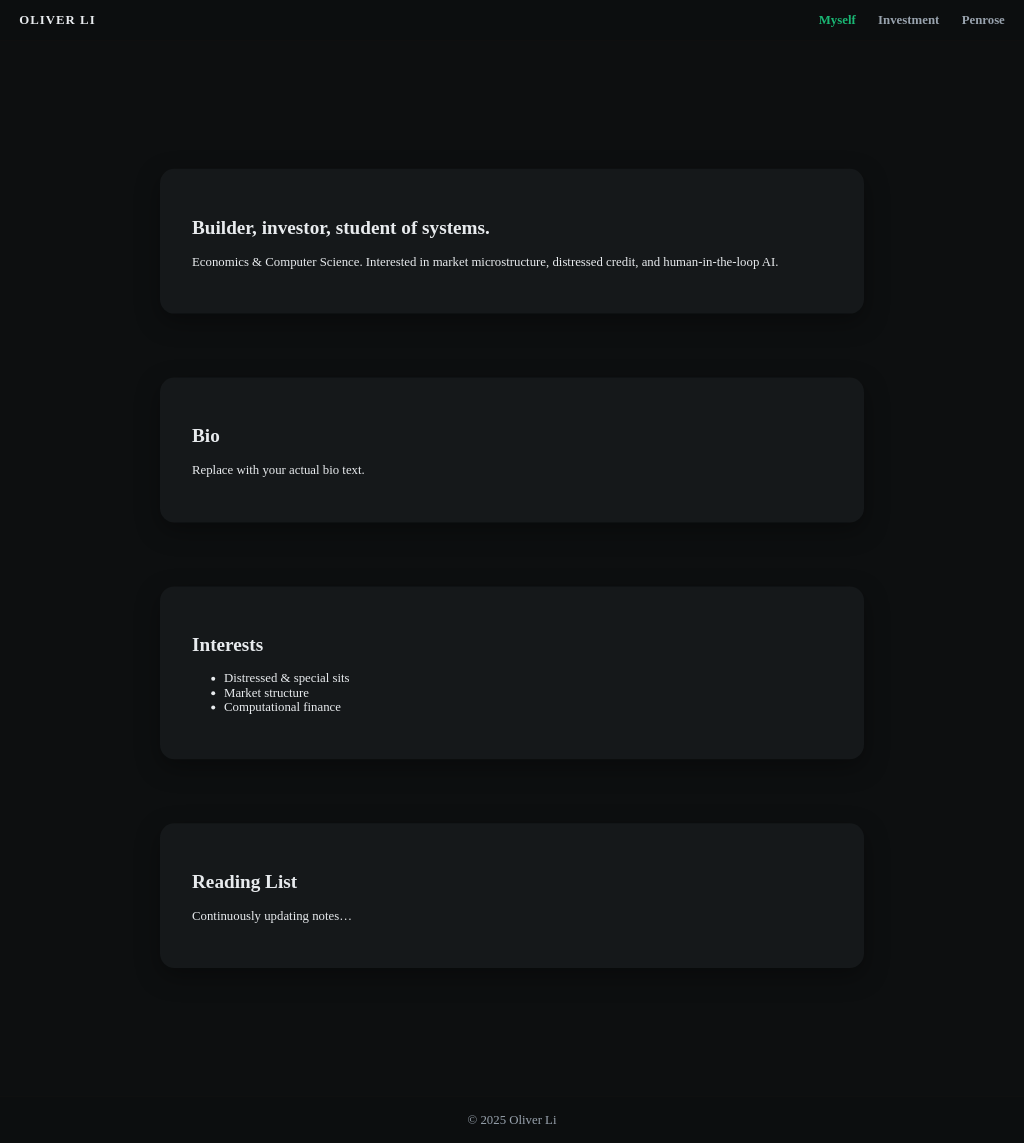
Repository: oliverli1728/portfolio
Page: index.html
These files come from the project's save history. The page is drawn as it stood at one moment and after the next save; the edit follows.
The browser window is 1280 px wide. The pictures show the whole page, at 80% of full size.
Some web fonts or font styles are not loaded; a fallback is used.

Above is the page before, as saved 2025-09-25 22:35:41.
Console error: TypeError: Cannot read properties of null (reading 'style')

### index.html
<!DOCTYPE html>
<html lang="en">
<head>
  <meta charset="utf-8" />
  <meta name="viewport" content="width=device-width, initial-scale=1" />
  <title>Oliver Li</title>
  <link rel="stylesheet" href="style.css" />
  <link rel="stylesheet" href="mediaqueries.css" />
  <link rel="preconnect" href="https://fonts.googleapis.com">
  <link rel="preconnect" href="https://fonts.gstatic.com" crossorigin>
  <link href="https://fonts.googleapis.com/css2?family=Lusitana:wght@400;700&display=swap" rel="stylesheet">
</head>
<body>
  <header class="site-header">
    <a class="brand" href="#myself">OLIVER&nbsp;LI</a>
    <nav class="nav">
      <a href="#myself" class="tab-link active">Myself</a>
      <a href="#investment" class="tab-link">Investment</a>
      <a href="#penrose" class="tab-link">Penrose</a>
    </nav>
  </header>

  <!-- Particle canvas -->
  <canvas id="particleCanvas"></canvas>

  <main>
    <!-- Myself page -->
    <section id="myself" class="tab-content active">
      <div class="panel" data-fade>
        <h1>Builder, investor, student of systems.</h1>
        <p>Economics & Computer Science. Interested in market microstructure, distressed credit, and human-in-the-loop AI.</p>
      </div>
      <div class="panel" data-fade>
        <h2>Bio</h2>
        <p>Replace with your actual bio text.</p>
      </div>
      <div class="panel" data-fade>
        <h2>Interests</h2>
        <ul>
          <li>Distressed & special sits</li>
          <li>Market structure</li>
          <li>Computational finance</li>
        </ul>
      </div>
      <div class="panel" data-fade>
        <h2>Reading List</h2>
        <p>Continuously updating notes…</p>
      </div>
    </section>

    <!-- Investment page -->
    <section id="investment" class="tab-content">
      <h2>Investment Notes</h2>
      <p>Content here (cards, theses, etc.).</p>
    </section>

    <!-- Penrose page -->
    <section id="penrose" class="tab-content">
      <div class="penrose-container">
        <img src="assets/penrose-logo.png" alt="Penrose logo" class="penrose-animated" />
        <p>Paradox, perspective, conviction.</p>
      </div>
    </section>
  </main>

  <footer class="site-footer">
    <span>© <span id="year"></span> Oliver Li</span>
  </footer>

  <script src="script.js"></script>
</body>
</html>

### style.css
:root{
  --bg:#0d0f10;
  --elev:#15181a;
  --muted:#98a2ad;
  --text:#e8ebee;
  --accent:#1ab774;
  --accent-2:#0f8054;
  --radius:18px;
  --shadow:0 10px 30px rgba(0,0,0,.35);
}

body{
  margin:0;
  font-family:"Lusitana", serif;
  background:var(--bg);
  color:var(--text);
  scroll-behavior:smooth;
}

.site-header{
  position:sticky; top:0; display:flex; justify-content:space-between; align-items:center;
  padding:16px 24px; backdrop-filter:blur(6px);
  background:rgba(13,15,16,0.85);
  border-bottom:1px solid #111;
  z-index:10;
}
.brand{ color:var(--text); font-weight:700; text-decoration:none; letter-spacing:.08em; }
.nav{ display:flex; gap:28px; }
.tab-link{ color:var(--muted); text-decoration:none; font-weight:600; }
.tab-link.active{ color:var(--accent); }

.tab-content{ display:none; min-height:100vh; padding:80px 20px; }
.tab-content.active{ display:block; }

/* Panels */
.panel{ margin:80px auto; max-width:800px; background:var(--elev); padding:40px; border-radius:var(--radius); box-shadow:var(--shadow); }
[data-fade]{ opacity:0; transform:translateY(24px); transition: opacity .8s ease, transform .8s ease; }
[data-fade].in-view{ opacity:1; transform:none; }

/* Penrose animation */
.penrose-container{ display:flex; flex-direction:column; align-items:center; justify-content:center; height:100vh; }
.penrose-animated{ width:320px; animation: float 5s ease-in-out infinite, rotate 40s linear infinite; }
@keyframes float{ 0%,100%{ transform:translateY(0); } 50%{ transform:translateY(-20px); } }
@keyframes rotate{ 0%{ transform:rotate(0deg); } 100%{ transform:rotate(360deg); } }

/* Canvas for particle */
#particleCanvas{ position:fixed; top:0; left:0; width:100%; height:100%; z-index:0; pointer-events:none; }

/* Footer */
.site-footer{ text-align:center; padding:20px; border-top:1px solid #111; background:#0c0e0f; color:var(--muted); z-index:5; position:relative; }

### mediaqueries.css
@media (max-width: 900px){
  .panel{ margin:40px 12px; padding:24px; }
}

@media (max-width: 600px){
  .nav{ gap:16px; }
  .penrose-animated{ width:220px; }
}

### script.js
// Tab switching with deep-link support
const tabs = document.querySelectorAll('.tab-link');
const contents = document.querySelectorAll('.tab-content');

function activateTab(id){
  tabs.forEach(t => t.classList.remove('active'));
  contents.forEach(c => c.classList.remove('active'));
  const targetTab = document.querySelector(`.tab-link[href='${id}']`);
  const targetContent = document.querySelector(id);
  if(targetTab && targetContent){
    targetTab.classList.add('active');
    targetContent.classList.add('active');
    window.scrollTo({ top:0, behavior:'smooth' });
  }
}

function initTabs(){
  tabs.forEach(tab => {
    tab.addEventListener('click', e => {
      e.preventDefault();
      const id = tab.getAttribute('href');
      activateTab(id);
      history.pushState(null, '', id);
    });
  });
}

window.addEventListener('DOMContentLoaded', () => {
  const hash = window.location.hash || '#myself';
  activateTab(hash);
  initTabs();
  document.getElementById('year').textContent = new Date().getFullYear();
});

window.addEventListener('popstate', () => {
  const hash = window.location.hash || '#myself';
  activateTab(hash);
});

// Particle curved motion
const particle = document.getElementById('particle');
window.addEventListener('scroll', () => {
  const scrollTop = window.scrollY;
  const docHeight = document.documentElement.scrollHeight - window.innerHeight;
  const pct = docHeight > 0 ? scrollTop / docHeight : 0;
  const trackHeight = window.innerHeight - 160;
  const y = 80 + pct * trackHeight;
  const xOffset = Math.sin(pct * Math.PI * 2) * 40; // sinusoidal curve
  particle.style.transform = `translate(calc(-50% + ${xOffset}px), ${y}px)`;
});

// Fade-in on scroll
const faders = document.querySelectorAll('[data-fade]');
const io = new IntersectionObserver(entries => {
  entries.forEach(entry => {
    if(entry.isIntersecting) entry.target.classList.add('in-view');
  });
},{ threshold:0.2 });
faders.forEach(el => io.observe(el));

After the next save:
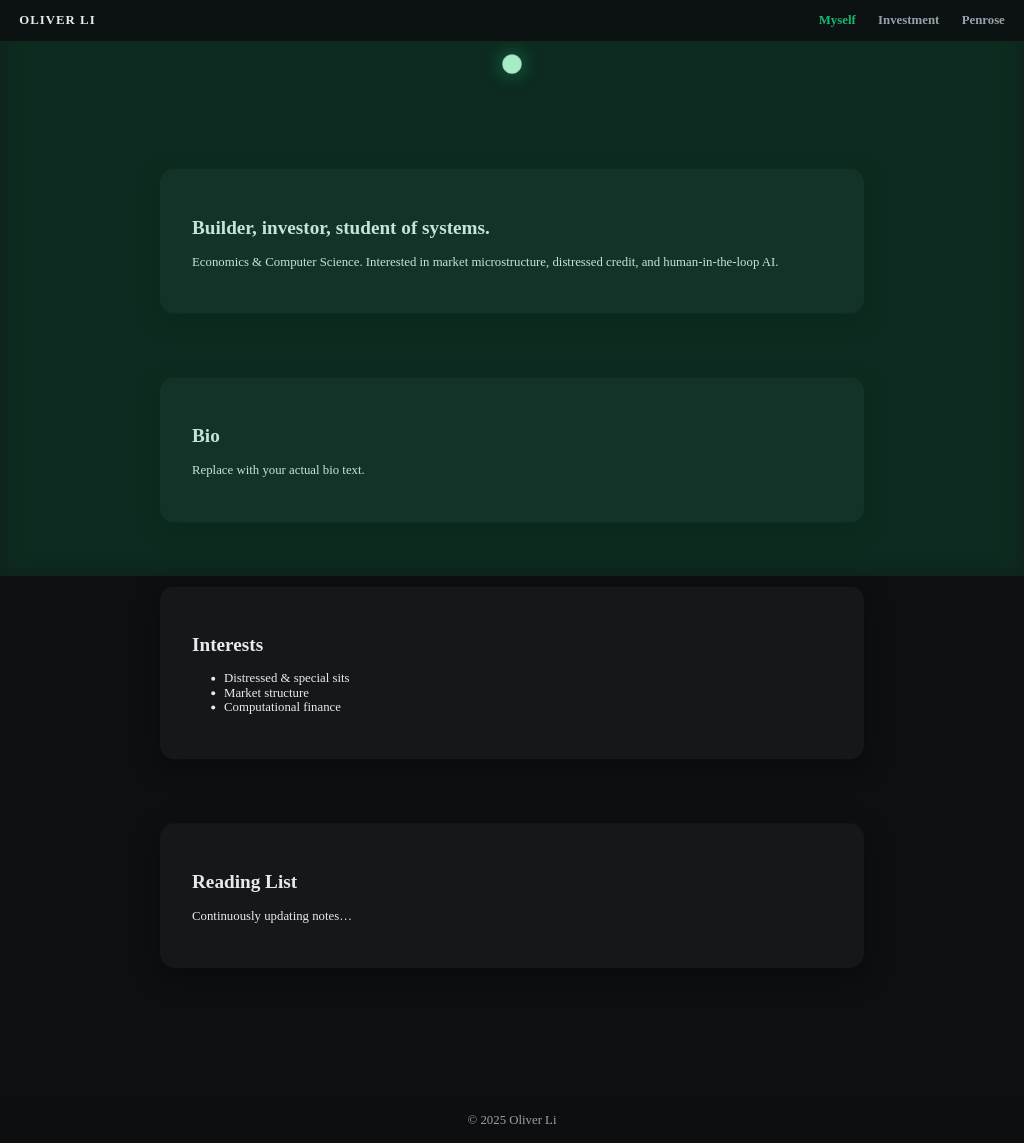
The error is gone.
Saved 15 s later.
--- a/script.js
+++ b/script.js
@@ -37,17 +37,44 @@ window.addEventListener('popstate', () => {
   activateTab(hash);
 });
 
-// Particle curved motion
-const particle = document.getElementById('particle');
-window.addEventListener('scroll', () => {
+// Particle system with trail
+const canvas = document.getElementById('particleCanvas');
+const ctx = canvas.getContext('2d');
+let width, height;
+
+function resize(){
+  width = canvas.width = window.innerWidth;
+  height = canvas.height = window.innerHeight;
+}
+window.addEventListener('resize', resize);
+resize();
+
+function drawParticle(){
+  ctx.clearRect(0,0,width,height);
   const scrollTop = window.scrollY;
   const docHeight = document.documentElement.scrollHeight - window.innerHeight;
   const pct = docHeight > 0 ? scrollTop / docHeight : 0;
-  const trackHeight = window.innerHeight - 160;
+  const trackHeight = height - 160;
   const y = 80 + pct * trackHeight;
-  const xOffset = Math.sin(pct * Math.PI * 2) * 40; // sinusoidal curve
-  particle.style.transform = `translate(calc(-50% + ${xOffset}px), ${y}px)`;
-});
+  const x = width/2 + Math.sin(pct * Math.PI * 2) * 60;
+
+  // trail effect
+  ctx.fillStyle = 'rgba(26,183,116,0.1)';
+  ctx.fillRect(0,0,width,height);
+
+  ctx.beginPath();
+  ctx.arc(x, y, 12, 0, Math.PI*2);
+  ctx.fillStyle = 'rgba(183,255,216,0.9)';
+  ctx.shadowColor = 'rgba(26,183,116,0.7)';
+  ctx.shadowBlur = 25;
+  ctx.fill();
+}
+
+function animate(){
+  drawParticle();
+  requestAnimationFrame(animate);
+}
+animate();
 
 // Fade-in on scroll
 const faders = document.querySelectorAll('[data-fade]');
